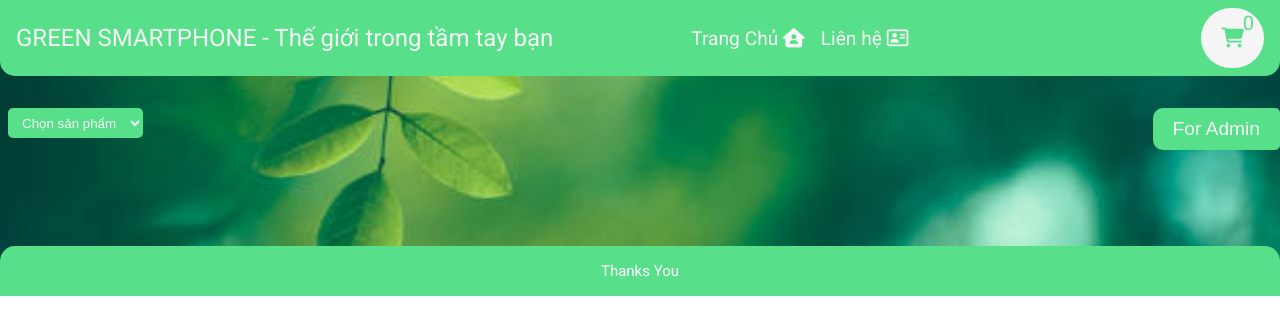
Repository: NguyenVietPhuQuy/Project2
Page: HKShop/index.html
An editor plug-in stored every save of this project. The page is shown before and after the next save, followed by the edit.
The browser window is 1280 px wide. The pictures show the whole page.
The page's requests for data from a server got no answer. Some web libraries are served in a nearby version.

Above is the page before, as saved 2022-11-02 20:16:39.

### HKShop/index.html
<!DOCTYPE html>
<html lang="en">

<head>
    <meta charset="UTF-8">
    <meta http-equiv="X-UA-Compatible" content="IE=edge">
    <meta name="viewport" content="width=device-width, initial-scale=1.0">
    <title>Shopping Cart</title>
    <!--bootstrap-->
    <link rel="stylesheet" href="https://cdnjs.cloudflare.com/ajax/libs/bootstrap/5.2.2/js/bootstrap.min.js">
    <!--font-awesome-->
    <link rel="stylesheet" href="https://cdnjs.cloudflare.com/ajax/libs/font-awesome/6.2.0/css/all.min.css"
        integrity="sha512-xh6O/CkQoPOWDdYTDqeRdPCVd1SpvCA9XXcUnZS2FmJNp1coAFzvtCN9BmamE+4aHK8yyUHUSCcJHgXloTyT2A=="
        crossorigin="anonymous" referrerpolicy="no-referrer" />
    <!--index.css-->
    <link rel="stylesheet" href="./Css/index.css">

</head>

<body>
    <div class="background-linear container">
        <!--Header-->
        <header id="header" class="header">
            <nav class="nav container">
                <a href="#" class="nav__logo">GREEN SMARTPHONE - Thế giới trong tầm tay bạn</a>
                <div class="nav__menu" id="nav-menu">
                    <ul class="nav__list grid">
                        <li class="nav__item">
                            <a href="home">Trang Chủ</a>
                            <i class="fa-solid fa-house-user"></i>
                        </li>
                        <li class="nav__item">
                            <a href="home">Liên hệ</a>
                            <i class="fa-regular fa-address-card"></i>
                        </li>
                    </ul>
                </div>
                <div class="nav__icon">
                    <i class="fa-solid fa-cart-shopping fa-show"></i>
                    <div id="totalItem"></div>
                </div>
            </nav>
        </header>
        <main class="main" id="main">
            <!-- Search/Filter-->
            <section class="search section" id="search">
                <div class="search__container container">
                    <div class="search__content">
                        <select id="search__select" class="search__select">
                            <option value="" selected>Chọn sản phẩm</option>
                            <option value="IPHONE">IPHONE</option>
                            <option value="SAMSUNG">SAMSUNG</option>
                        </select>
                        <button id="search__btn" class="search__btn">
                            <a href="/admin/login.html" target="_blank">For Admin</a>
                        </button>
                    </div>
                </div>
            </section>
            <!-- Product-->
            <section class="product section" id="product">
                <div class="product__container container" id="product__container">
                    <div class="product__list grid" id="product__list">
                    </div>
                </div>
            </section>

            <!-- Cart -->
            <section class="section cart">
                <div class="cart__container container">
                    <a href="#">
                        <div class="cart__design">
                            <i class="fa fa-times fa-close"></i>
                        </div>
                    </a>
                    <h1>Shopping Cart</h1>
                    <form>
                        <table class="tr__design">
                            <thead>
                                <tr>
                                    <th>items</th>
                                    <th>Quantity</th>
                                    <th>Price</th>
                                    <th></th>
                                </tr>
                            </thead>
                            <tbody id="tbody">

                            </tbody>
                        </table>
                        <div id="priceTotal">

                        </div>
                        <div class="cart-btn">
                            <button type="button" id="purchase">Purchase</button>
                            <button type="button" id="clearTotal">Clear Total</button>
                        </div>
                    </form>
                </div>
            </section>

        </main>
        <footer>
            <div class="footer__container container">
                <span class="footer__item">Thanks You</span>
            </div>
        </footer>
    </div>
    <!--axios-->
    <script src="https://cdnjs.cloudflare.com/ajax/libs/axios/1.1.3/axios.min.js"
        integrity="sha512-0qU9M9jfqPw6FKkPafM3gy2CBAvUWnYVOfNPDYKVuRTel1PrciTj+a9P3loJB+j0QmN2Y0JYQmkBBS8W+mbezg=="
        crossorigin="anonymous" referrerpolicy="no-referrer"></script>
    <!--index.js-->
    <script src="Js/Models/showclose.js"></script>
    <script src="Js/Models/product.js"></script>
    <script type="module" src="Js/Main/index.js"></script>
</body>

</html>

### HKShop/Css/index.css
@import url('https://fonts.googleapis.com/css2?family=Roboto:wght@400;500;700&display=swap');

/** Variable-Css**/
:root {
    --header-height: 3rem;
    /*======= CoLors ========*/
    /*change favourite color*/

    --hue-color: 142;
    /*Purle 250 - Green 142 - Blue 230 -Pink 340*/
    --first-color: hsl(var(--hue-color), 69%, 61%);
    --first-color-second: hsl(var(--hue-color), 69%, 61%);
    --first-color-alt: hsl(var(--hue-color), 57%, 53%);
    --first-color-lighter: hsl(var(--hue-color), 92%, 85%);
    --title-color: hsl(var(--hue-color), 8%, 15%);
    --text-color: hsl(var(--hue-color), 5%, 100%);
    --text-color-light: #e8e7a3;
    --input-color: hsl(var(--hue-color), 70%, 96%);
    --body-color:linear-gradient(10deg, #95e4b2, #f4fcf3);
    --container-color: rgb(255, 255, 255);


    /*Font and typography*/
    --body-font: 'Roboto', sans-serif;

    /* .5rem=8px, 1rem=16px, 1.5rem=24px, 2rem=32px,.. */

    --big-font-size: 2rem;
    --h1-font-size: 1.5rem;
    --h2-font-size: 1.25rem;
    --h3-font-size: 1.125rem;
    --normal-font-size: .938rem;
    --small-font-size: .813rem;
    --smaller-font-size: .75rem;


    /*Font-Weight*/
    --font-medium: 500;
    --font-semi-bold: 600;

    /*Margin Bottom*/
    /* .5rem=8px, 1rem=16px, 1.5rem=24px, 2rem=32px,.. */
    --mb-0-25: .25rem;
    --mb-0-50: .5rem;
    --mb-0-75: .75rem;
    --mb-1: 1rem;
    --mb-1-5: 1.5rem;
    --mb-2: 2rem;
    --mb-2-5: 2.5rem;
    --mb-3: 3rem;
    /* Z-index*/
    --z-tooltip: 10;
    --z-fixed: 100;
    --z-modal: 1000;


}

/*Font Size for large devices*/
@media screen and(min-width:968px) {
    :root {
        --big-font-size: 3rem;
        --h1-font-size: 2.25rem;
        --h2-font-size: 1.5rem;
        --h3-font-size: 1.25rem;
        --normal-font-size: 1rem;
        --small-font-size: .875rem;
        --smaller-font-size: .813rem;
    }
}

/*BASE*/
* {
    box-sizing: border-box;
    padding: 0;
    margin: 0;
}

html {
    scroll-behavior: smooth;
}

body {
    margin: 0 auto;
    font-family: var(--body-font);
    font-size: var(--normal-font-size);
    color: var(--text-color);
    position: relative;
}
.background-linear {
    background-image: url(/admin/img/background.jpg);
    background-repeat: no-repeat;
    background-position: center;
    background-size: cover;
    width: 100%;
    height: auto;
}

h1,
h2,
h3,
h4 {
    color: var(--title-color);
    font-weight: var(--font-semi-bold);
}

ul {
    list-style: none;
}

a {
    text-decoration: none;
}

img {
    max-width: 100%;
    height: auto;
}

/****================REUSABLE CSS CLASSES========================****/
.section {
    padding: 2rem 0 2rem;
}

.section__title {
    font-size: var(--h1-font-size);
}

.section__subtitle {
    display: block;
    font-size: var(--small-font-size);
    margin-bottom: var(--mb-3);
}

.section__title,
.section__subtitle {
    text-align: center;
}

/****========================LAYOUT=============================****/
.container {
    width: auto;
    margin: 0 auto;
}

.grid {
    display: grid;
    gap: 1.5rem;
}

/****========================HEADER=============================****/
.nav{
    display: flex;
    justify-content: space-between;
    background-color:var(--first-color);
    align-items: center;
    padding: 0.5rem 1rem;
    border-radius: 0 0 15px 15px;
}
.nav__list{
    grid-template-columns: repeat(3, 1fr);
    gap: 1rem;
}
.nav .nav__logo{
    color: whitesmoke;
    font-size: var(--h1-font-size);
    transition: all 0.2s ease;
}
.nav__logo:hover{
    color: var(--text-color-light);
}
.nav li,a{
    font-size: 1.2rem;
    color: whitesmoke;
}
.nav a:hover{
    color: var(--text-color-light);
    transition: all 0.2s ease;
}
.nav li:hover{
    color: var(--text-color-light);
    transition: all 0.2s ease;
}
.nav__icon{
    background-color: whitesmoke;
    display: flex;
    position: relative;
    padding: 20px;
    border-radius: 60px;
    color: var(--first-color);
    cursor: pointer;
    transition: all 0.4s ease;
    font-size: 20px;
}
.nav__icon #totalItem{
    position: absolute;
    top:3px;
    right: 10px;
}
.nav__icon:hover{
    background-color: var(--text-color-light);
}

/****========================SEARCH=============================****/
.search__content{
    display: flex;
    justify-content: space-between;
}
.search__select{
    padding: 5px 10px;
    border-radius: 5px;
    height: 30px;
    margin-left: var(--mb-0-50);
    background-color: var(--first-color);
    color: whitesmoke;
    border: none;
    outline: none;
    transition: all 0.5s ease;

}
.search__btn{
    padding: 10px 20px ;
    border-radius: 10px 5px 5px 10px;
    background-color: var(--first-color);
    color: whitesmoke;
    outline: none;
    border: none;
}
.search__btn a:hover{
    color: var(--text-color-light) ;
    transition: all 0.4s ease;
}

/****========================Product=============================****/
.product__container{
    padding: 0 1.25rem;
}
.product__container .grid{
 grid-template-columns: 1fr 1fr 1fr 1fr  ;
}
.product__list{
    align-items: center;
    justify-content: center;
    position: relative;
}
.product__items{
    width: 100%;
    background-color: whitesmoke;
    padding: 15px 20px;
    border-radius: 20px;
    border: none;
    box-shadow: 0 0 20px gray;
    transition: all 0.4s ease;
    opacity: 0.8;

}
.product__items:hover{
    box-shadow: 0 0 20px var(--first-color);
    opacity: 1;
}
.product__items img{
    width: 100%;
    border-radius: 15px;
    height: auto;
    flex-shrink: 0;
}

#product__name{
    font-weight: bolder;
    margin-top: 10px;
    font-size: 1.5rem;
}
.product__design{
    display: flex;
    flex-direction: column;
    min-height: 170px;
    flex: 1;
}
.product__desc{
    font-size: var(--h3-font-size);
    margin: 5px 0 5px 0;
}
.product__price,.product__screen,.product__back,.product__front{
    font-size: 1rem;
}
.product__desc,.product__price,.product__screen,.product__back,.product__front{
    color: black;
    font-weight: var(--font-medium) ;
}

.product__information span{
    color: yellowgreen !important;
    margin-left: 5px;
}
.product-btn{
    background-color: var(--first-color);
    display: block;
    width: 100%;
    height: 40px;
    margin: 10px 0 0 0px;
    border-radius: 1.5rem;
    border: none;
    outline: none;
    text-transform: uppercase;
    font-weight: var(--font-semi-bold);
    cursor: pointer;
    opacity: 0.8;
    transition: 0.4s;
}
.product-btn:hover{
    opacity: 1;
}
/****========================Cart=============================****/
.cart{
    background-color: var(--first-color);
    position: fixed;
    height: 100%;
    width: 500px;
    right: -100%;
    top: 0;
    transition: 0.2s;
    border: 2px solid whitesmoke;
    padding: 5px 10px;
    border-radius: 15px 0 15px 15px;
    z-index: 100;
}

.cart__design{
    text-align: center;
    position: relative;
    background-color: whitesmoke;
    display: inline-block;
    padding: 10px;
    width: 42px;
    border-radius: 30px;
    color: var(--first-color);
    cursor: pointer;
    transition: all 0.4s ease;
    transform: translateX(440px);
    margin-bottom: 0.25rem;
}
.cart__design:hover{
    background-color: var(--text-color-light) ;
    transition: all 0.2s ease;
}
.cart__container h1{
    display: flex;
    justify-content: center;
    color: crimson;
    font-weight: var(--font-medium);
}
.tr__design{
    width: 100%;
    display: block;
}
.tr__design  tr{
    display: flex;
    margin-top: 1rem;
}
.tr__design  th,td{
    margin-right: 55px;
    margin-left: 30px;
    width: 100%;
}
.cart-btn{
    text-align: right;
    margin-top: 3rem;
    margin-right: 1rem;
}
.cart-btn button{
    background-color: rgba(197, 218, 167, 0.986);
    padding: 0.5rem 1rem;
    border-radius: 5px;
    border: none;
    margin-right: 0.5rem;
    font-weight: var(--font-semi-bold);
    font-size: 0.75rem;
    color: crimson;
    cursor: pointer;
    transition: 0.3s;
}
.cart-btn button:hover{
    background-color: crimson;
    color:  rgba(197, 218, 167, 0.986);
}

#priceTotal{
    border-top: 1px solid white;
    font-weight: bold; text-align: right; margin:20px 25px 20px 10px;
    padding-top:10px;
}

/****========================Footer=============================****/
.footer__container{
    background-color:var(--first-color);
    text-align: center;
    border-radius: 15px 15px 0 0;
    height: 50px;
    align-items: center;
    display: flex;
    justify-content: center;
    width: 100%;
}

### HKShop/Js/Models/showclose.js
const cartClose = document.querySelector(".fa-close")
const cartShow = document.querySelector(".fa-show")
cartShow.addEventListener("click",function(){
    document.querySelector(".cart").style.right = "0"
})
cartClose.addEventListener("click",function(){
    document.querySelector(".cart").style.right = "-100%"
})

### HKShop/Js/Models/product.js
class product {
    constructor(id,name,price,screen,backCamera,frontCamera,img,information,type)
    {
        this.id =id;
        this.name= name;
        this.price =price;
        this.screen =screen;
        this.backCamera = backCamera,
        this.frontCamera =frontCamera;
        this.img = img;
        this.desc =information;
        this.type =type;
    }
}

### HKShop/Js/Main/index.js
// VÍ DỤ MẪU VỀ LƯU LOCALSTORAGE-DATABASE CPU
// function setStudentList() {
//      var studentListJSON = JSON.stringify(studentList);
//      localStorage.setItem("SL", studentListJSON);
//    }

//    function getStudentList() {
//      var studentListJSON = localStorage.getItem("SL");
//      if (!studentListJSON) return;

//      studentList = mapData(JSON.parse(studentListJSON));

//      renderStudents();
//    }


let product__list = [];

/**1- Fetch API **/
function fetchApi() {
    axios(
        {
            url: "https://635205159d64d7c7130c9c5f.mockapi.io/products",
            method: "GET"
        }
    )
        .then(function (response) {
            console.log(response.data); //test hiện ra đối tượng chưa?
            product__list = response.data;
            let studentListJSON = JSON.stringify(product__list);
            localStorage.setItem("productList", studentListJSON);
            renderData(response.data)
        })
        .catch(function (err) { console.log(err) })

}
console.log(product__list)


/**2- renderData **/

function renderData(data) {
    if (!data) data = product__list;
    var renderHTML = '';
    for (let i = 0; i < data.length; i++) {
        let result = data[i];
        renderHTML += `
        <div class="product__items" id="product__items">
        <div class="product__item">
        <img src=${result.img} alt="">
        <div class="product__design">
            <h3 id="product__name">${result.name}</h3>
            <div class="product__content">
            <header class="product__desc" id="">${result.desc}</header>
            <div class="product__information">
                <div class="product__price">price:<span class="product__price-span">${result.price}</span>
                </div>
                <div class="product__screen">Screen:<span class="product__screen-span">${result.screen}</span></div>
                <div class="product__back">Back:<span class="product__back-span">${result.backCamera}</span></div>
                <div class="product__front">Front:<span class="product__front-span">${result.frontCamera}</span>
                </div>
                </div>
                <button class="product-btn" onclick="addToCart('${result.id}')">
                     Add to cart
                </button>
           </div>
            </div>
            </div>
        </div>
        </div>
        </div>
        `
    }
    document.querySelector("#product__list").innerHTML = renderHTML;
}

/**3- filter/onchangeProduct **/
let filterProduct = () => {
    axios(
        {
            url: "https://635205159d64d7c7130c9c5f.mockapi.io/products",
            method: "GET"
        }
    )
        .then((response) => {
            let filterValue = document.getElementById('search__select').value;
            let result = [];
            if (filterValue === '') { result = response.data; }
            else {
                response.data.map((productResult) => { if (productResult.type === filterValue) { result.push(productResult) } })
            }
            renderData(result)
        })
        .catch((error) => { console.log(error) })
}
document.getElementById('search__select').onclick = filterProduct;
/**4- Function về Cart  **/

// tạo ra 1 biến để lưu thông tin mảng trả về local storage
let dataSaving = JSON.parse(localStorage.getItem("dataSaving")) || [];

function updateData() {
    renderCartItem();
    renderToTal();
    localStorage.setItem("dataSaving", JSON.stringify(dataSaving));
}
updateData()

// tạo ra hàm onclick trên cart mỗi khi nhấn
let addToCart = (id) => {
    if (dataSaving.some(item => item.id === id)) {
        dataSaving.some(item => { if (item.id === id) { item.quantity++ } })
    }
    else {
        const item = product__list.find(x => x.id === id);
        console.log(item)
        dataSaving.push({ ...item, quantity: 1 });
    }
    updateData()
    console.log(dataSaving)
}


function renderCartItem() {
    let content = "";
    dataSaving.forEach(item => {
        content += `
         <tr>
            <td>
                    <img style="width: 70px;"src=${item.img}
                    alt="">${item.name}
            </td>

            <td>
                <div style="width: 20px">
                   <button type="button" style="width: 100%;" onclick="changeQuatityPlus('${item.id}')">+</button>
                   <div class="number" style="width: 100%;display:flex;justify-content:center"; >${item.quantity}</div>
                   <button type="button"style="width: 100%;" onclick="changeQuatityMinus('${item.id}')">-</button>
                </div>
            </td>

            <td>
                <span style="display:block;margin-left:17px;margin-top:18px;" >$${item.price}</span>
            </td>

            <td>
                <button class="icon-delete" style="margin-top:18px; background-color:transparent;outline:none;border:none;color:white" type="button" onclick="deleteCart('${item.id}')">
                   <i class="fa fa-trash"></i>
                 </button>
            </td>
         </tr>
         `
    });
    document.getElementById("tbody").innerHTML = content;
}

function renderToTal() {
    let totalPrice = 0;
    let totalItem = 0;
    dataSaving.forEach((item) => {
         totalPrice += item.price * item.quantity;
         totalItem += item.quantity;
    });
    console.log(totalPrice)
    document.getElementById("priceTotal").innerHTML = 'Total:$' + totalPrice;
    document.getElementById('totalItem').innerHTML = totalItem;
}

window.addToCart = addToCart;
/**4- khi mở trang thì load hàm fetchApi đầu tiên **/
window.onload = function () { fetchApi() }

After the next save:
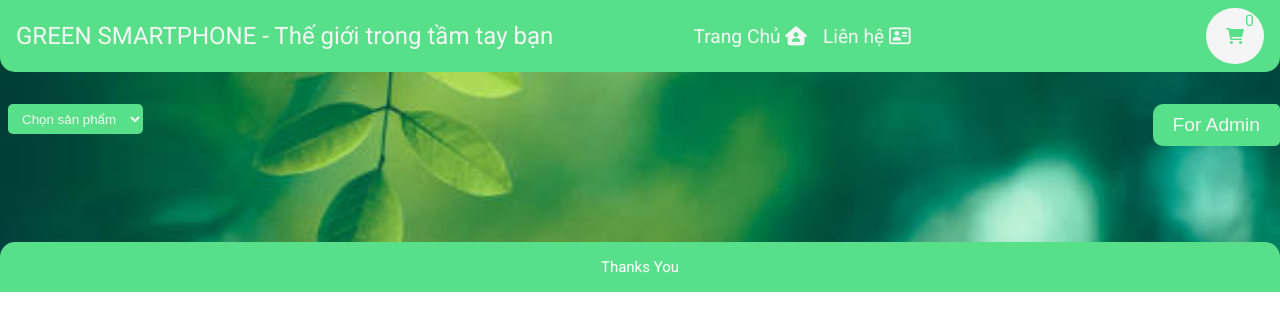
Saved 6 s later.
--- a/HKShop/Css/index.css
+++ b/HKShop/Css/index.css
@@ -190,7 +190,7 @@ img {
     color: var(--first-color);
     cursor: pointer;
     transition: all 0.4s ease;
-    font-size: 20px;
+    font-size: 1rem;
 }
 .nav__icon #totalItem{
     position: absolute;
